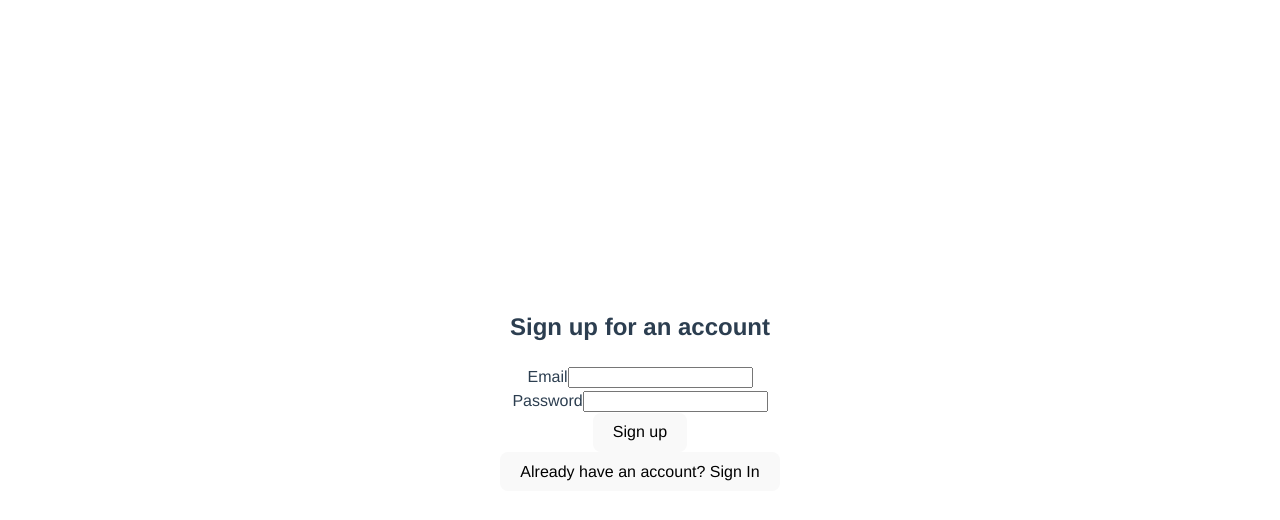
Repository: TimurZinatulin/Web_Shishki_1
Page: /register
An editor plug-in stored every save of this project. The page is shown before and after the next save, followed by the edit.
The browser window is 1280 px wide. The pictures show the whole page.
The project was rebuilt for these pictures with package versions that can differ from the ones it lists, and the page was loaded fresh each time. Also part of the build but not shown: vite.config.js, vue.config.js, src/components/SignIn.vue, src/components/HelloWorld.vue.

Above is the page before, as saved 2023-06-09 22:10:19.
Console error: TypeError: Cannot read properties of null (reading 'user')

After the next save:
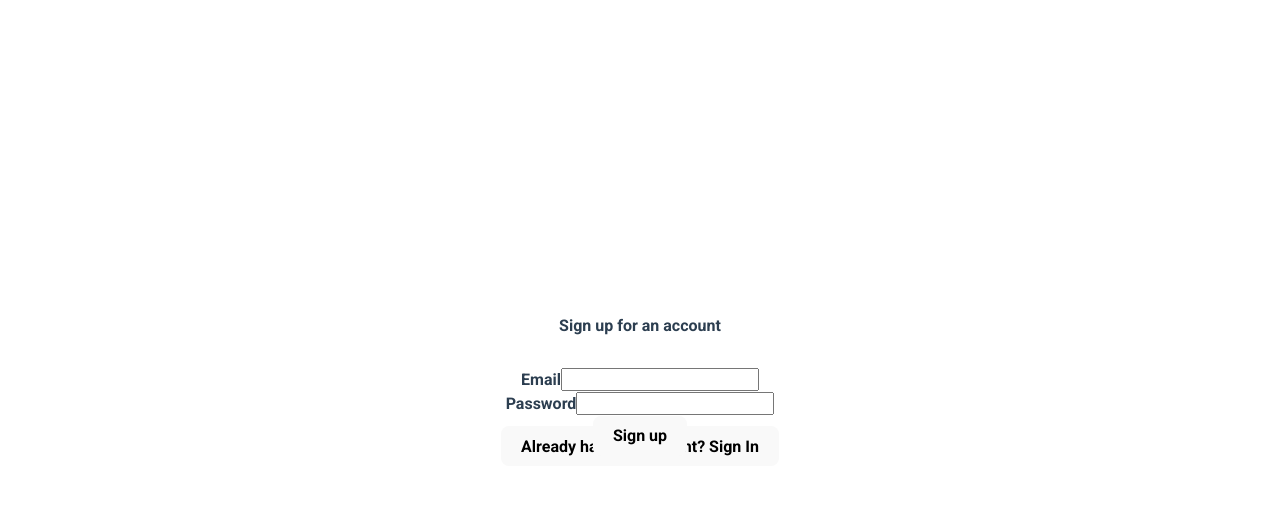
Saved 3 h 50 min later.
--- a/src/App.vue
+++ b/src/App.vue
@@ -8,6 +8,9 @@
 <script>
 import Auth from "./components/Auth.vue";
 import HelloWorld from "./components/HelloWorld.vue";
+import EmptyLayout from '@/layouts/EmptyLayout';
+import MainLayout from '@/layouts/MainLayout';
+import ExtraLayout from '@/layouts/ExtraLayout';
 
 import { store } from "./store";
 import { supabase } from "./supabase";
